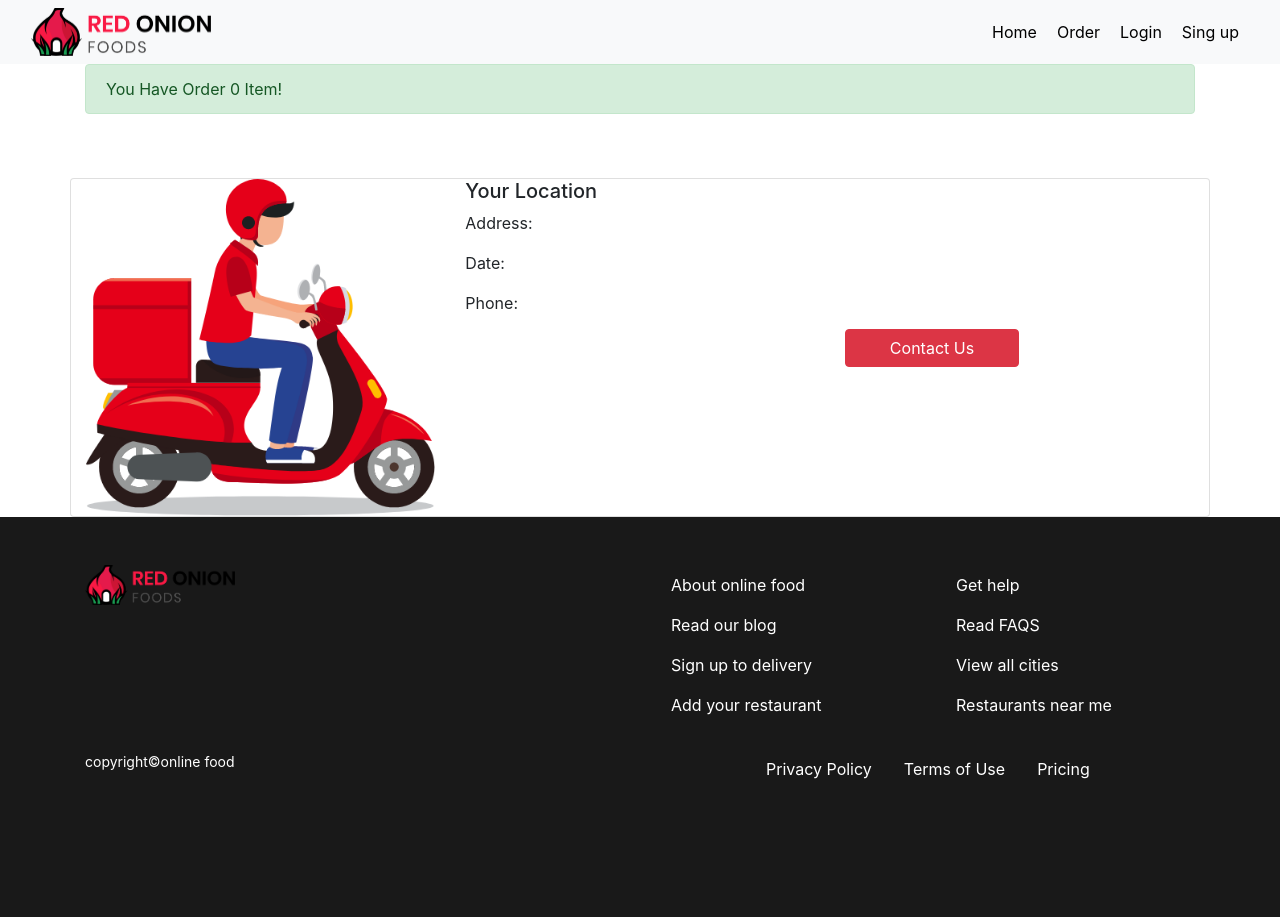
Repository: arif286/red-onion-client
Page: /order
An editor plug-in stored every save of this project. The page is shown before and after the next save, followed by the edit.
The browser window is 1280 px wide. The pictures show the whole page.
The page's requests for data from a server got no answer. The project was rebuilt for these pictures with package versions that can differ from the ones it lists, and the page was loaded fresh each time. No one was signed in, and anything a server would have sent is missing. Also part of the build but not shown: src/App.css, src/components/CheckOut/CheckOut.css, src/components/CheckOut/CheckOutForm/CheckOutFrom.js, src/components/CheckOut/CheckOut.js, src/components/SearchBar/SearchBar.css, src/components/SearchBar/SearchBar.js, src/components/FoodDetails/FoodDetail.css, src/components/FoodDetails/FoodDetail.js and 12 more. Imported but missing from the stored project, and not drawn on this page: src/components/CheckOut/Map/Map.

Above is the page before, as saved 2021-04-06 04:49:21.

After the next save:
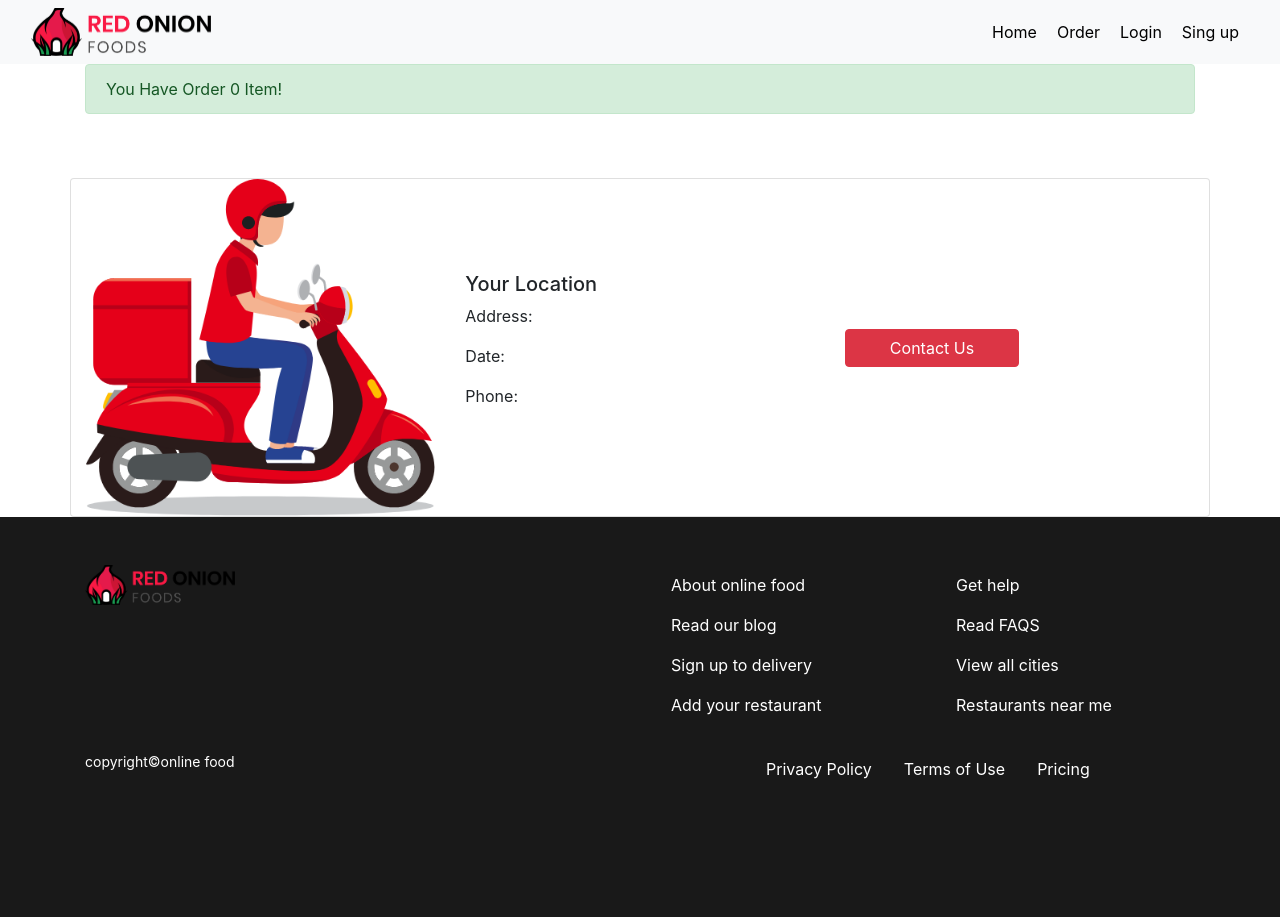
Saved 82 s later.
--- a/src/components/Order/Order.js
+++ b/src/components/Order/Order.js
@@ -38,19 +38,17 @@ const Order = () => {
       <Row className="mt-5">
         <Col>
           <Card className="row flex-row justify-content-around">
-            <div className='col'>
-              <img className='img-fluid' src={delivery} alt="" />
+            <div className="col align-self-center">
+              <img className="img-fluid" src={delivery} alt="" />
             </div>
-            <div className='col  align-items-center'>
+            <div className="col  align-self-center">
               <h5>Your Location</h5>
               <p>Address: {order[0]?.address}</p>
               <p>Date: {order[0]?.date}</p>
               <p>Phone: {order[0]?.phone}</p>
             </div>
-            <div className='col align-content-center'>
-              <button className='btn btn-danger w-50'>
-                Contact Us
-              </button>
+            <div className="col align-self-center">
+              <button className="btn btn-danger w-50">Contact Us</button>
             </div>
           </Card>
         </Col>
